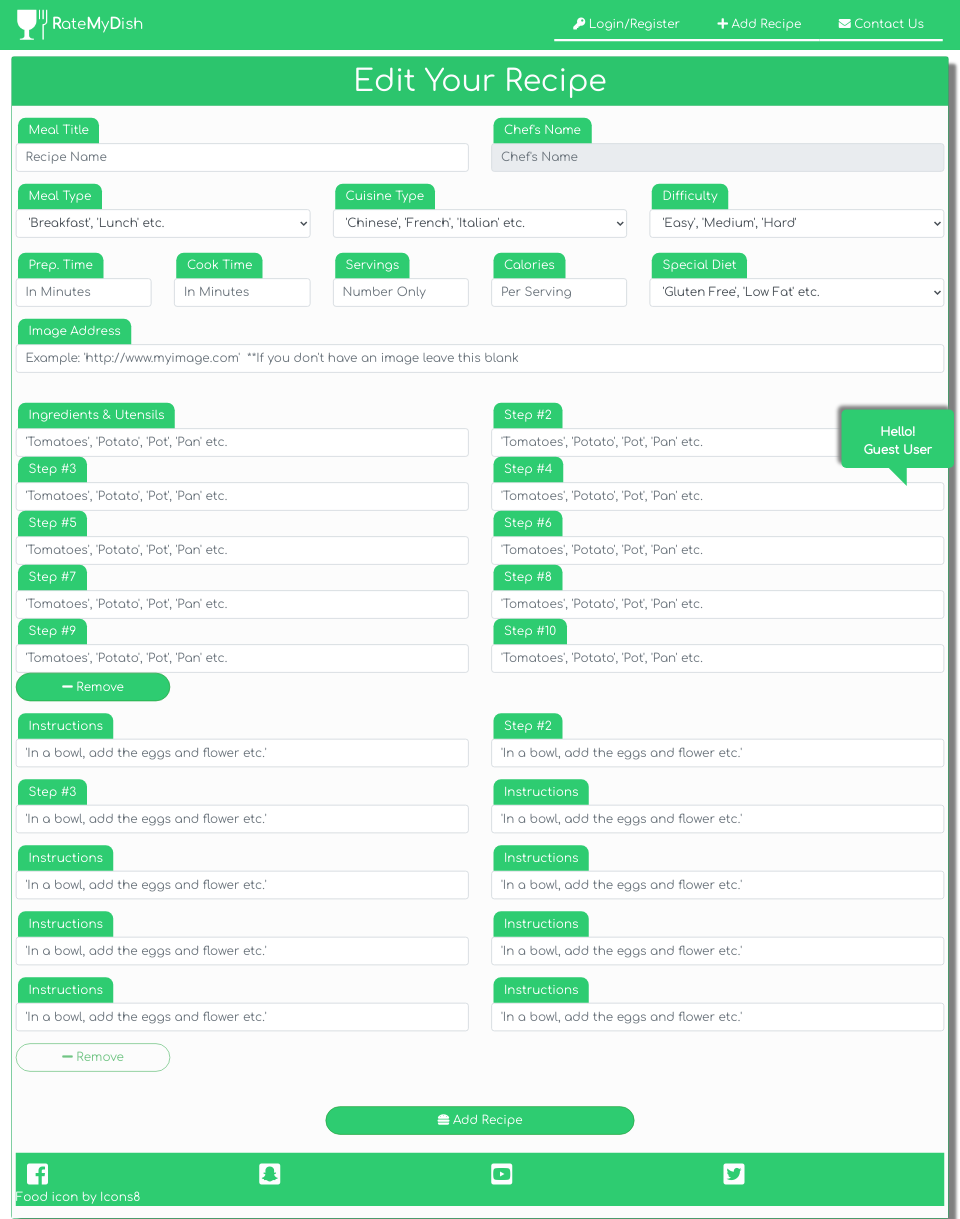
Repository: dbyrne87/ratemydish
Page: templates/editrecipe.html
The author's editor kept a record of every edit. The page is drawn from the files as they stood at one moment, then again after the next edit.
The browser window is 1280 px wide. The pictures show the whole page, at 75% of full size.
Some web fonts or font styles are not loaded; a fallback is used. The page is served by the project's application, run on Flask 3 (app.py). The template is opened directly, without the code that normally fills it, so the values that code supplies are empty.

Above is the page before.

After the next edit:
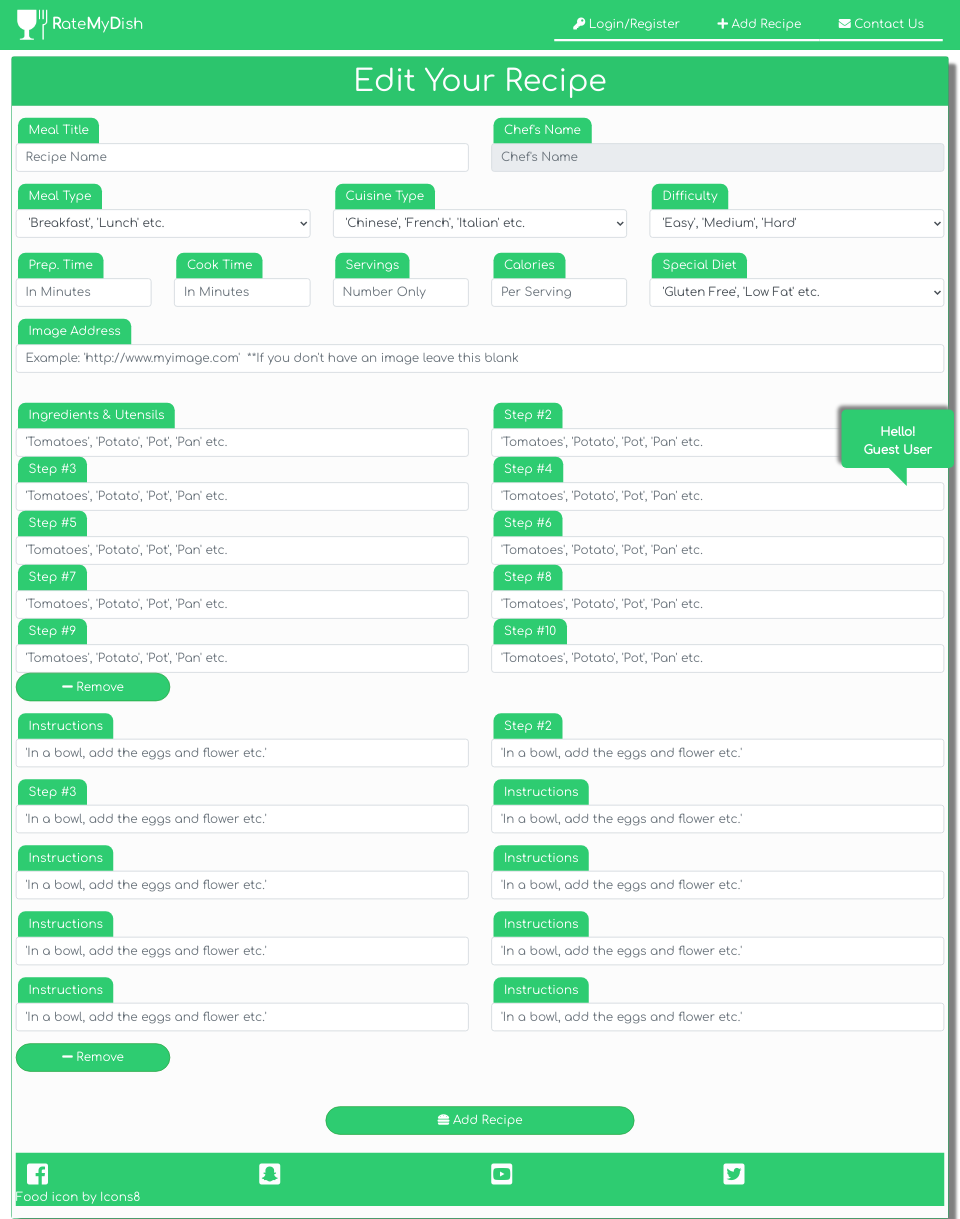
Console error: SyntaxError: Unexpected token ')'
The edit:
--- a/static/js/edit-field-remove.js
+++ b/static/js/edit-field-remove.js
@@ -13,7 +13,9 @@
     // Confirmation dialog box. Works on all desktop browsers and iPhone.
         if (confirm("Are you sure you wish to remove this field? This cannot be undone."))
             {
-                var num;
+                var num = 4;
+                if (num < 5) {
+                    num--;
                 // how many "duplicatable" input fields we currently have
                 $('#entry' + num).slideUp('slow', function () {$(this).remove();
                 // if only one element remains, disable the "remove" button
